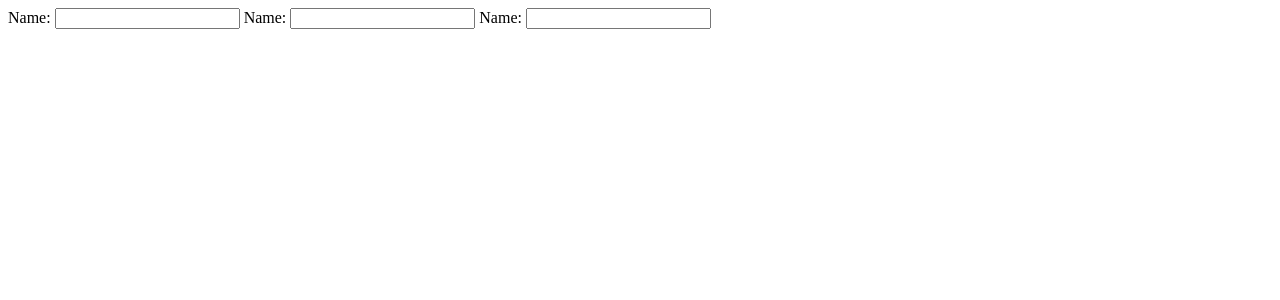
Repository: AytacSafarova/Form-lesson
Page: index.html
These files come from the project's save history. The page is drawn as it stood at one moment and after the next save; the edit follows.
The browser window is 1280 px wide. The pictures show the whole page.

Above is the page before, as saved 2023-08-29 14:27:51.

After the next save:
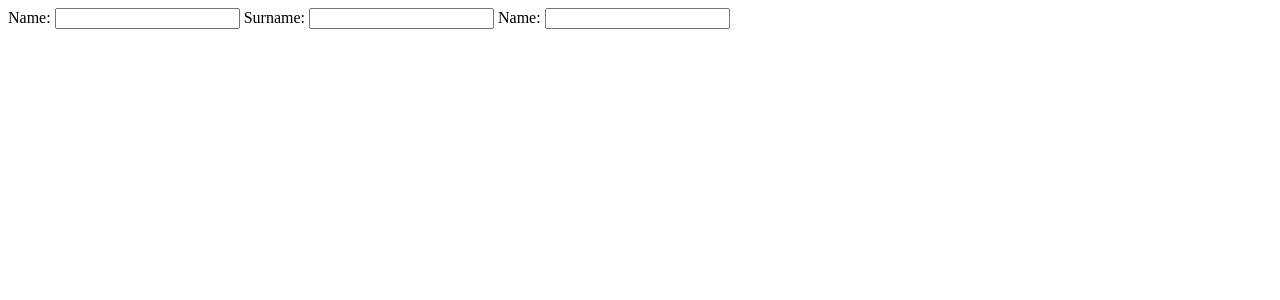
Saved 5 s later.
--- a/index.html
+++ b/index.html
@@ -14,7 +14,7 @@
                 <input type="text">
             </label>
             <label for="">
-                Name:
+                Surname:
                 <input type="text">
             </label>
             <label for="">
